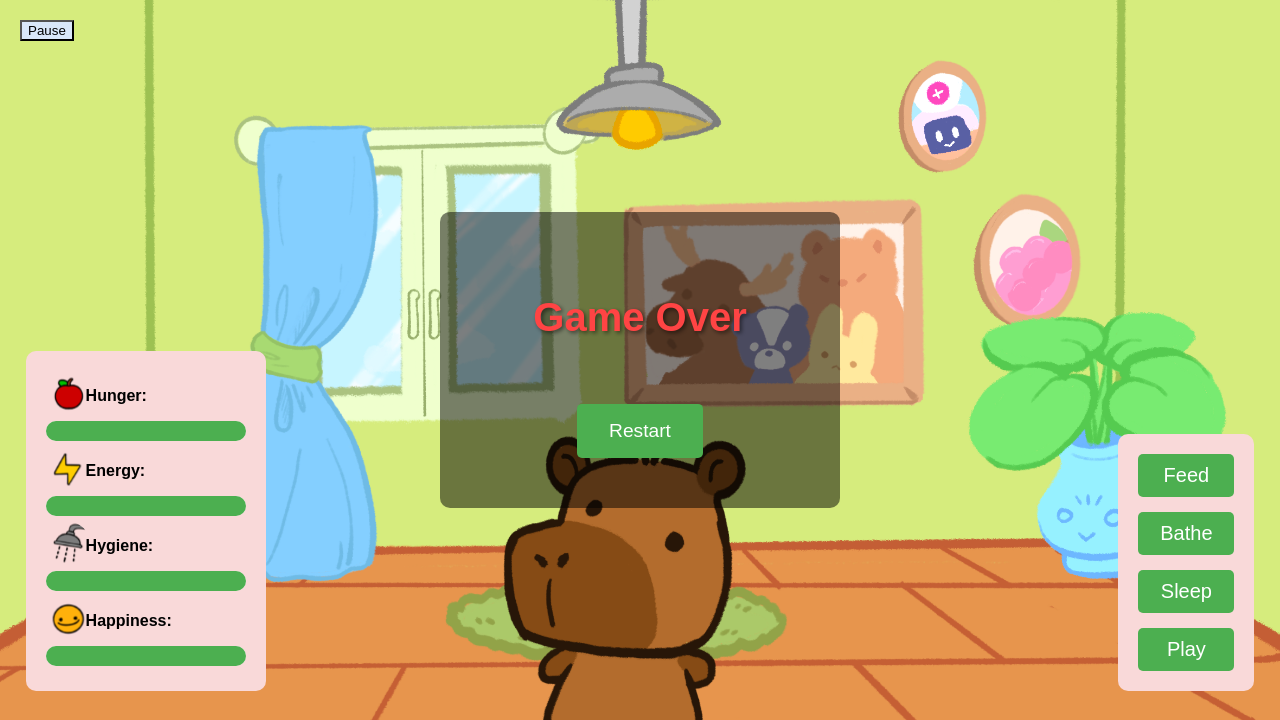
Repository: sarahjx/CapyCare
Page: html/index.html
The author's editor kept a copy of each file at every save. The page is drawn from the files as they stood at one save, then again after the next save.
The browser window is 1280 px wide. The pictures show the whole page.
Some web fonts or font styles are not loaded; a fallback is used.

Above is the page before, as saved 2025-05-01 14:59:32.
Console error: TypeError: Cannot set properties of null (setting 'innerText')

After the next save:
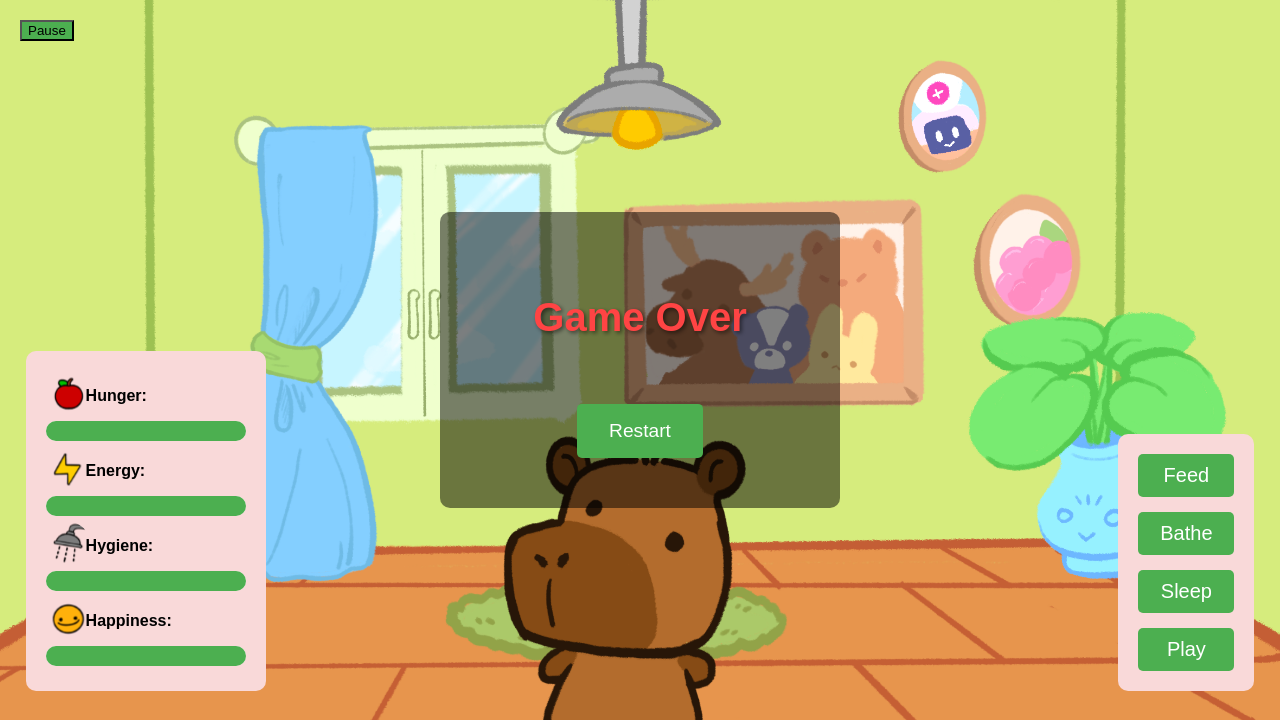
Saved 22 s later.
--- a/css/statusbar.css
+++ b/css/statusbar.css
@@ -152,7 +152,7 @@ body {
 }
 
 .pause-button {
-  background-color: var(--secondary-color);
+  background-color: #4caf50;
 }
 
 .action-button:hover {
